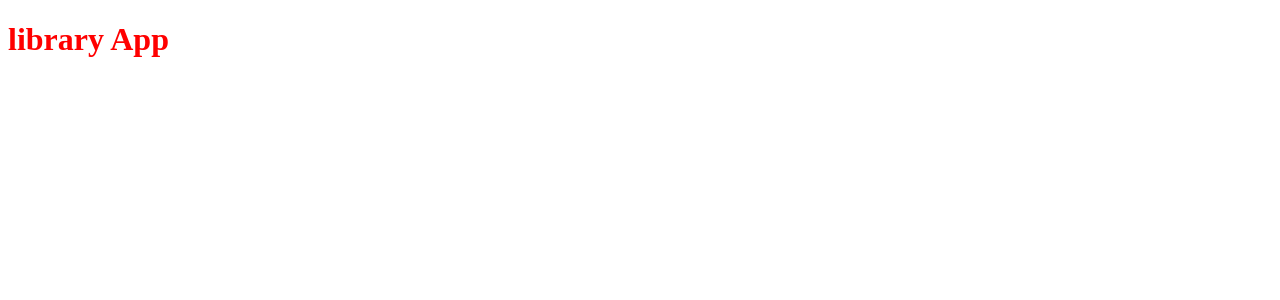
Repository: sedat-akdogan/royal_task
Page: / (app in angularapp/)
These files come from the project's save history. The page is drawn as it stood at one moment and after a run of saves; the edit follows.
The browser window is 1280 px wide. The pictures show the whole page.
The project was rebuilt for these pictures with package versions that can differ from the ones it lists, and the page was loaded fresh each time. Also part of the build but not shown: angularapp/angular.json.

Above is the page before, as saved 2023-07-02 19:56:44.

### angularapp/src/index.html
<!doctype html>
<html lang="en">

<head>
    <meta charset="utf-8">
    <title>Angular App</title>
    <base href="/">
    <meta name="viewport" content="width=device-width, initial-scale=1">
    <link rel="icon" type="image/x-icon" href="favicon.ico">
</head>

<body>
    <app-root></app-root>
</body>

</html>

### angularapp/src/main.ts
import { platformBrowserDynamic } from '@angular/platform-browser-dynamic';

import { AppModule } from './app/app.module';


platformBrowserDynamic().bootstrapModule(AppModule)
    .catch(err => console.error(err));

### angularapp/src/app/app.module.ts
import { HttpClientModule } from '@angular/common/http';
import { NgModule } from '@angular/core';
import { BrowserModule } from '@angular/platform-browser';

import { AppComponent } from './app.component';

@NgModule({
    declarations: [
        AppComponent
    ],
    imports: [
        BrowserModule, HttpClientModule
    ],
    providers: [],
    bootstrap: [AppComponent]
})
export class AppModule { }

### angularapp/src/app/app.component.ts
import { HttpClient } from '@angular/common/http';
import { Component } from '@angular/core';

@Component({
    selector: 'app-root',
    templateUrl: './app.component.html',
    styleUrls: ['./app.component.css']
})
export class AppComponent {
    title = 'library App';
}

### angularapp/src/app/app.component.html

<h1>{{ title }}</h1>

Loaded but not shown: angularapp/src/styles.css (common file); angularapp/src/app/app.component.css (common file)

After the next 2 saves:
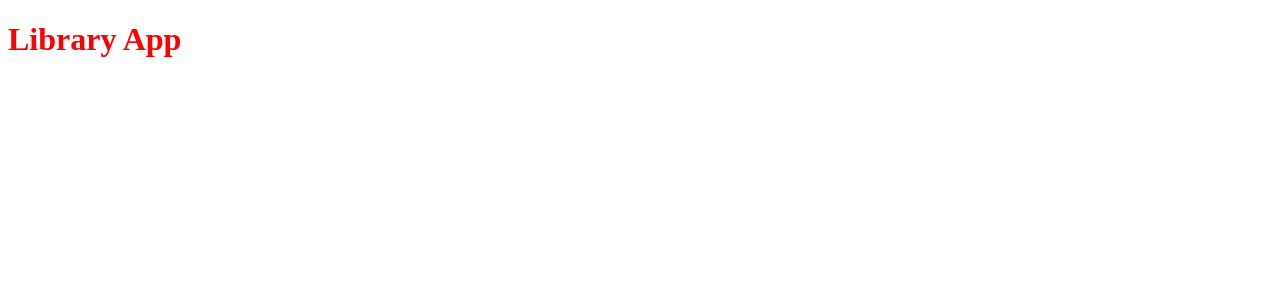
The 2 saves are shown as one change because they came seconds apart.
The last was saved 5 s later.
--- a/angularapp/src/app/app.component.ts
+++ b/angularapp/src/app/app.component.ts
@@ -7,5 +7,5 @@
     styleUrls: ['./app.component.css']
 })
 export class AppComponent {
-    title = 'library App';
+    title = 'Library App';
 }
